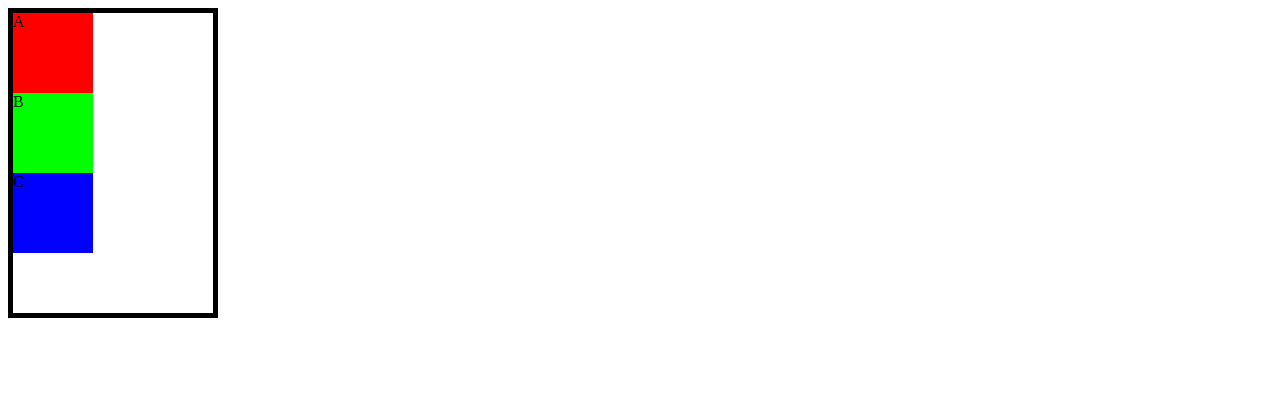
Repository: dudadab/Hhyundaiezwel_Academy
Page: CSS01/src/main/webapp/11_position.html
The author's editor kept a copy of each file at every save. The page is drawn from the files as they stood at one save, then again after the next save.
The browser window is 1280 px wide. The pictures show the whole page.

Above is the page before, as saved 2025-07-02 01:11:58.

After the next save:
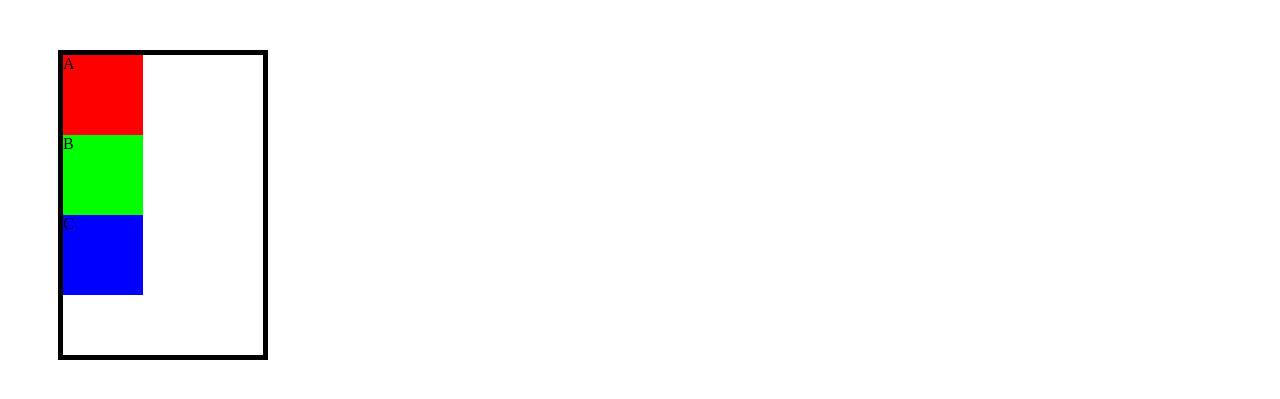
Saved 41 s later.
--- a/CSS01/src/main/webapp/11_position.html
+++ b/CSS01/src/main/webapp/11_position.html
@@ -8,6 +8,7 @@
     		width:200px;
     		height:300px;
     		border:solid 5px #000;
+    		margin:50px 0 0 50px;
     	}
 		#boxA, #boxB, #boxC {
 			width:80px;
